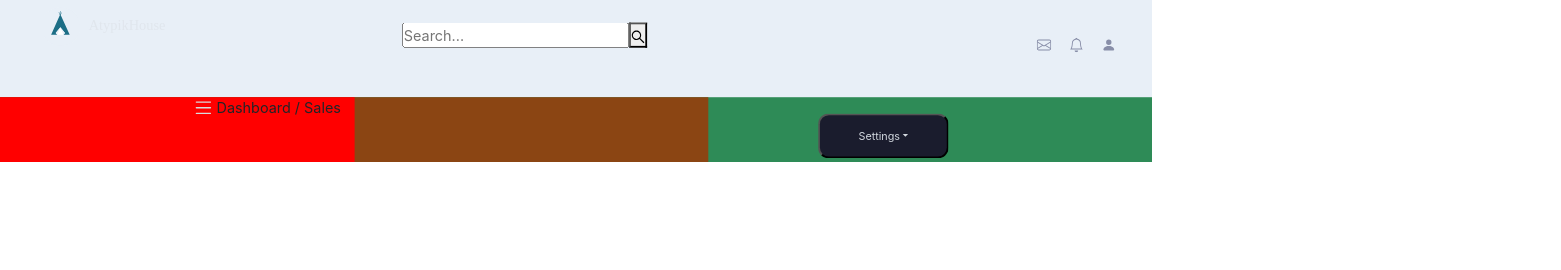
Repository: kifack/API-Symfony-AtypikHouse
Page: / (app in admin-frontend/)
These files come from the project's save history. The page is drawn as it stood at one moment and after the next save; the edit follows.
The browser window is 1280 px wide. The page is 1280 px wide, then 1734 px, so the pictures cover 1734 px, including what lies to the right of the window. The pictures show the whole page, at 90% of full size.
Some web libraries are served in a nearby version. The project was rebuilt for these pictures with package versions that can differ from the ones it lists, and the page was loaded fresh each time. Also part of the build but not shown: admin-frontend/src/css/Responsive.css, admin-frontend/src/css/admin/navbar.css, admin-frontend/src/components/template_parts/Header.js, admin-frontend/src/components/template_parts/Footer.js, admin-frontend/src/components/template_parts/Sidebar.js, admin-frontend/src/components/partials/LocationEntry.js, admin-frontend/src/components/template_parts/Spinner.js, admin-frontend/src/actions/location.js and 26 more.

Above is the page before, as saved 2020-10-01 19:51:33.

After the next save:
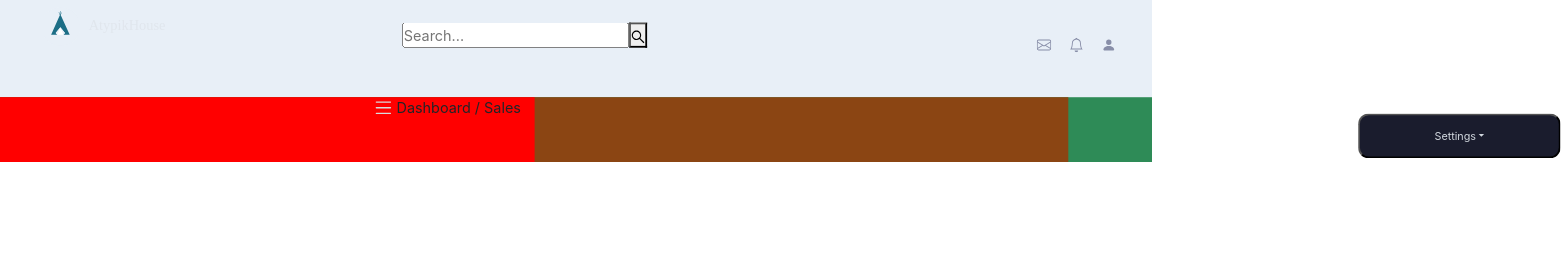
Saved 6 s later.
--- a/admin-frontend/src/css/App.css
+++ b/admin-frontend/src/css/App.css
@@ -179,7 +179,7 @@ button#setting {
   width: 40%;
   height: 50px;
   border-radius: 12px;
-  margin-left:500px;
+  margin-left:900px;
   }
 
 header .sous-header .row{
